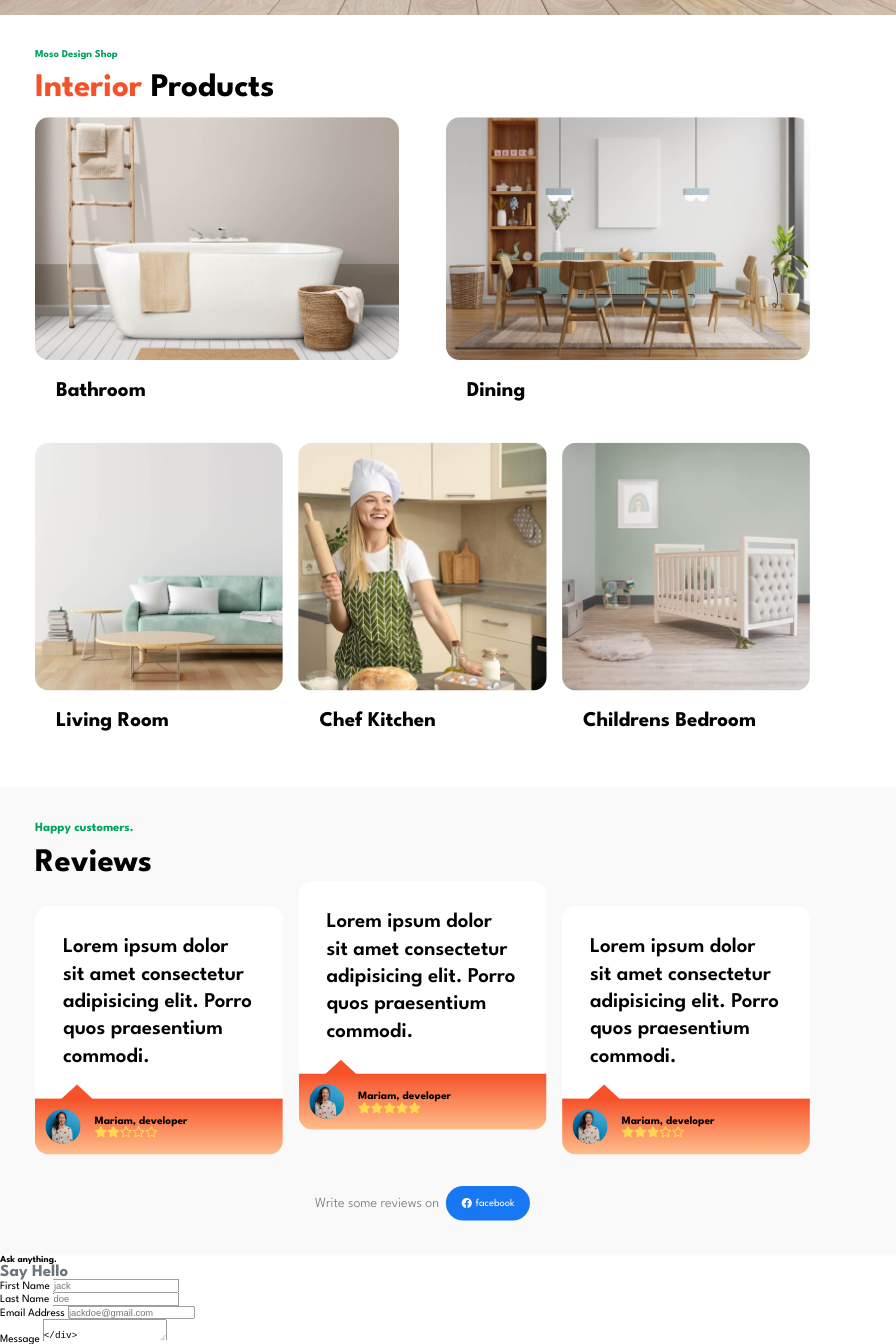
Repository: mariamnabil23/furniture
Page: index.html
The author's editor kept a copy of each file at every save. The page is drawn from the files as they stood at one save, then again after a run of saves.
The browser window is 1280 px wide. The pictures show the part of the page from y = 1999 to 3919 px (the page is 3919 px tall before and 3885 px after), at 70% of full size.
Some web fonts or font styles are not loaded; a fallback is used.

Above is the page before, as saved 2024-10-31 11:18:04.

After the next 2 saves:
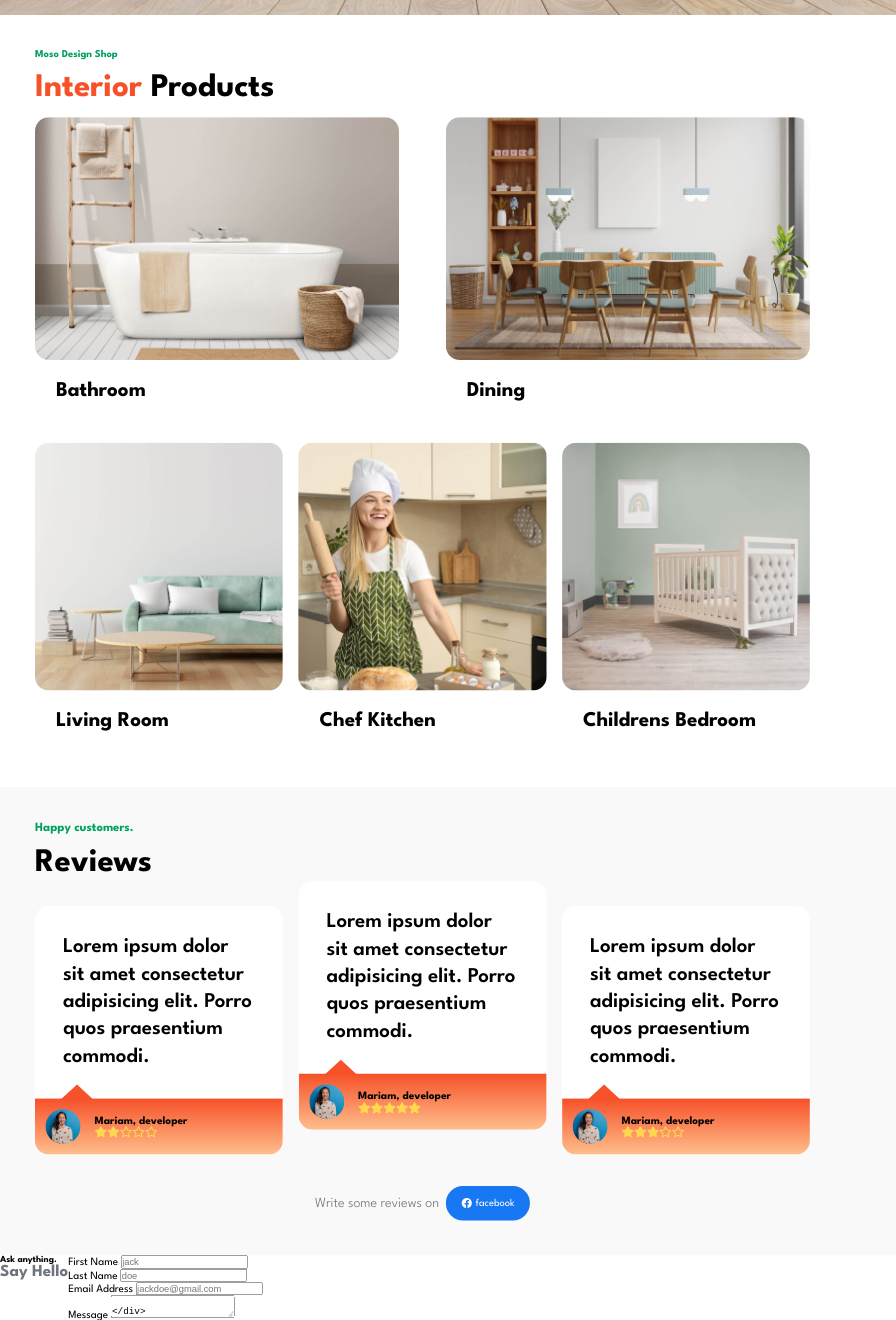
The 2 saves are shown as one change because they came seconds apart.
The last was saved 8 s later.
--- a/style.css
+++ b/style.css
@@ -483,7 +483,8 @@ h2 {
 
 }
 .contact .content{
-    dis
+    display: flex;
+    justify-content: sp;
 }
 .contact .left{
 
